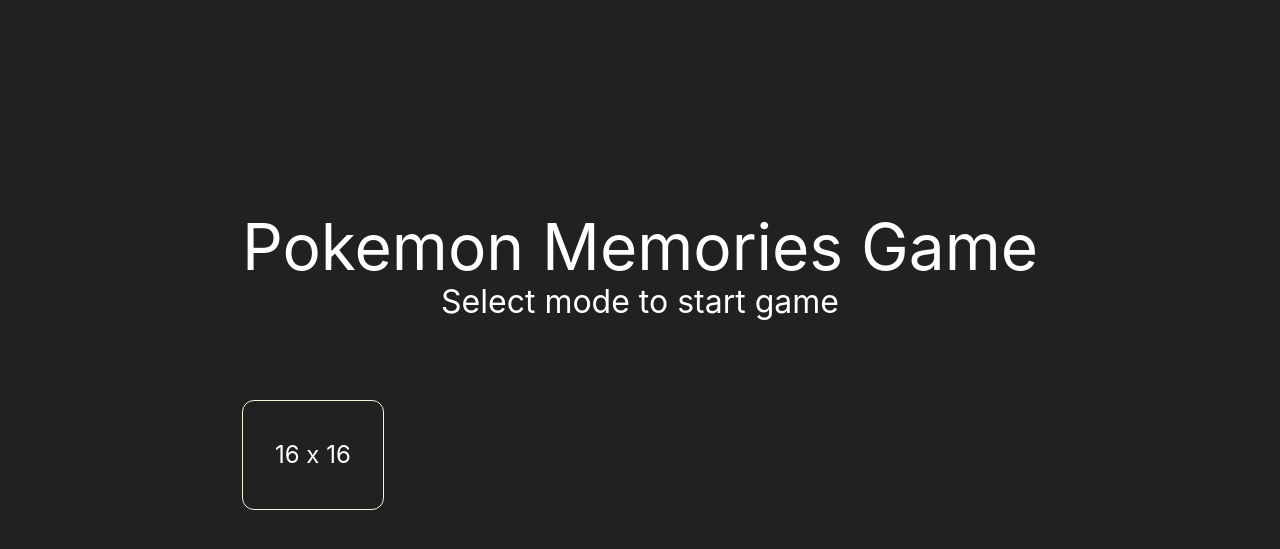
Repository: Kafierence/flip_card
Page: /
These files come from the project's save history. The page is drawn as it stood at one moment and after the next save; the edit follows.
The browser window is 1280 px wide. The pictures show the whole page.
The project was rebuilt for these pictures with package versions that can differ from the ones it lists, and the page was loaded fresh each time. Also part of the build but not shown: vite.config.js.

Above is the page before, as saved 2022-09-20 14:23:54.

After the next save:
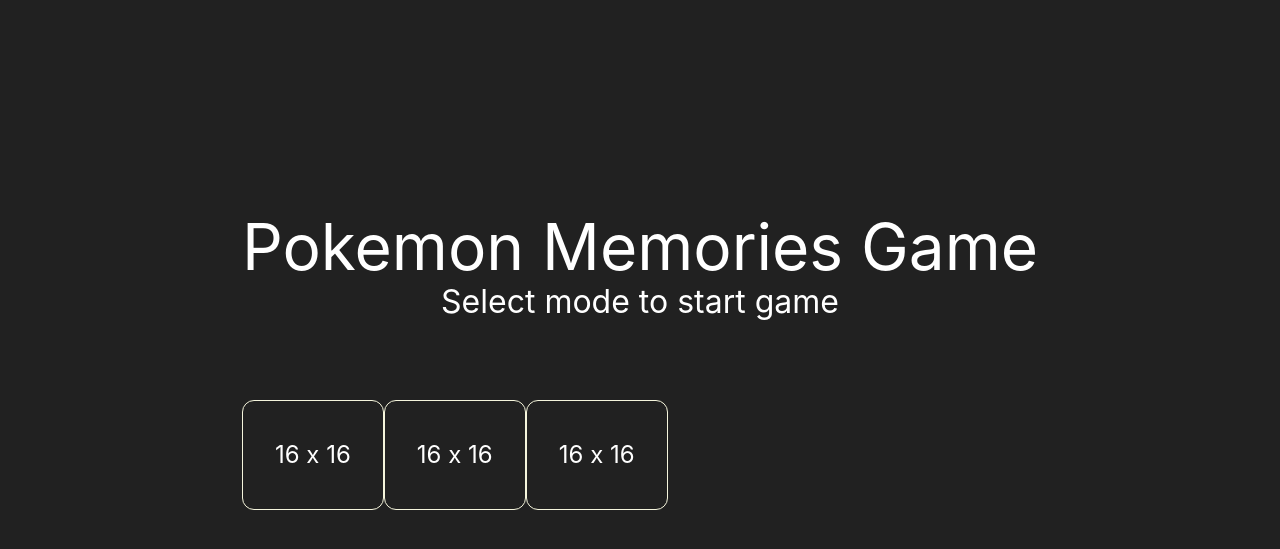
Saved 29 s later.
--- a/src/views/Welcome.vue
+++ b/src/views/Welcome.vue
@@ -17,6 +17,8 @@
             Select mode to start game
         </div>
         <div class="mode_select">
+            <box-vue />
+            <box-vue />
             <box-vue />
         </div>
     </div>
